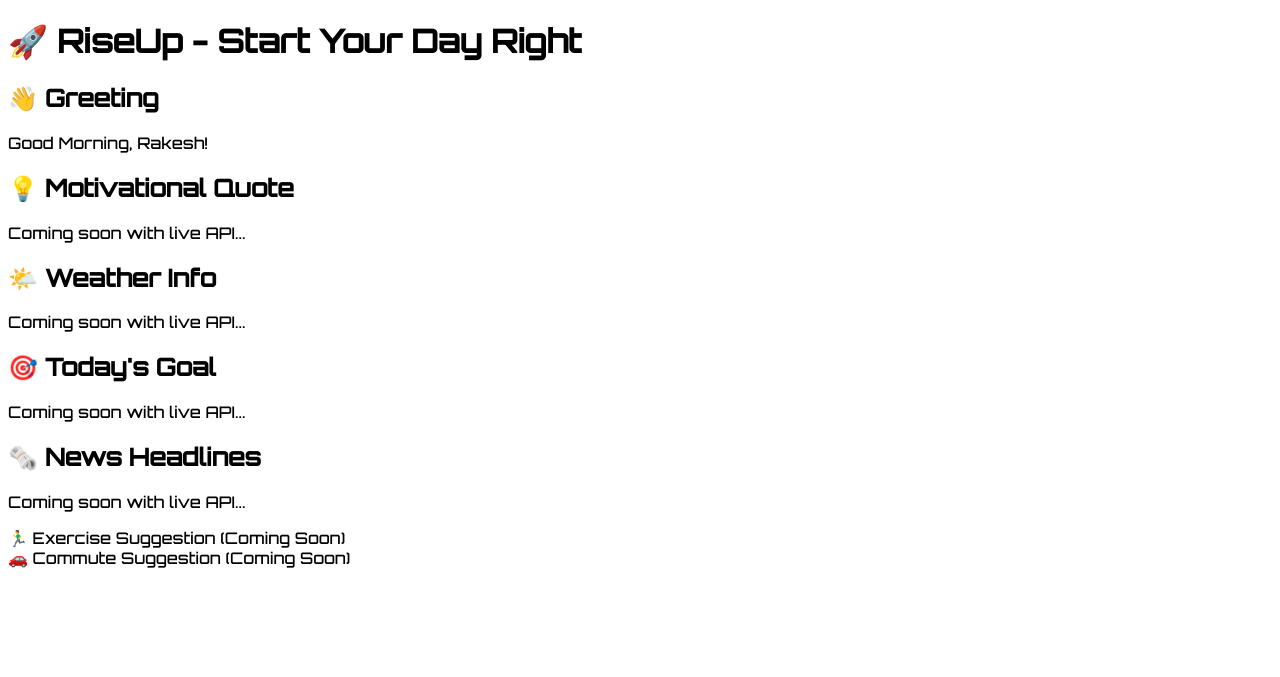
Repository: rakeshkumar1012/riseup
Page: /
An editor plug-in stored every save of this project. The page is shown before and after the next save, followed by the edit.
The browser window is 1280 px wide. The pictures show the whole page.
The project was rebuilt for these pictures with package versions that can differ from the ones it lists, and the page was loaded fresh each time.

Above is the page before, as saved 2025-07-05 03:02:13.

After the next save:
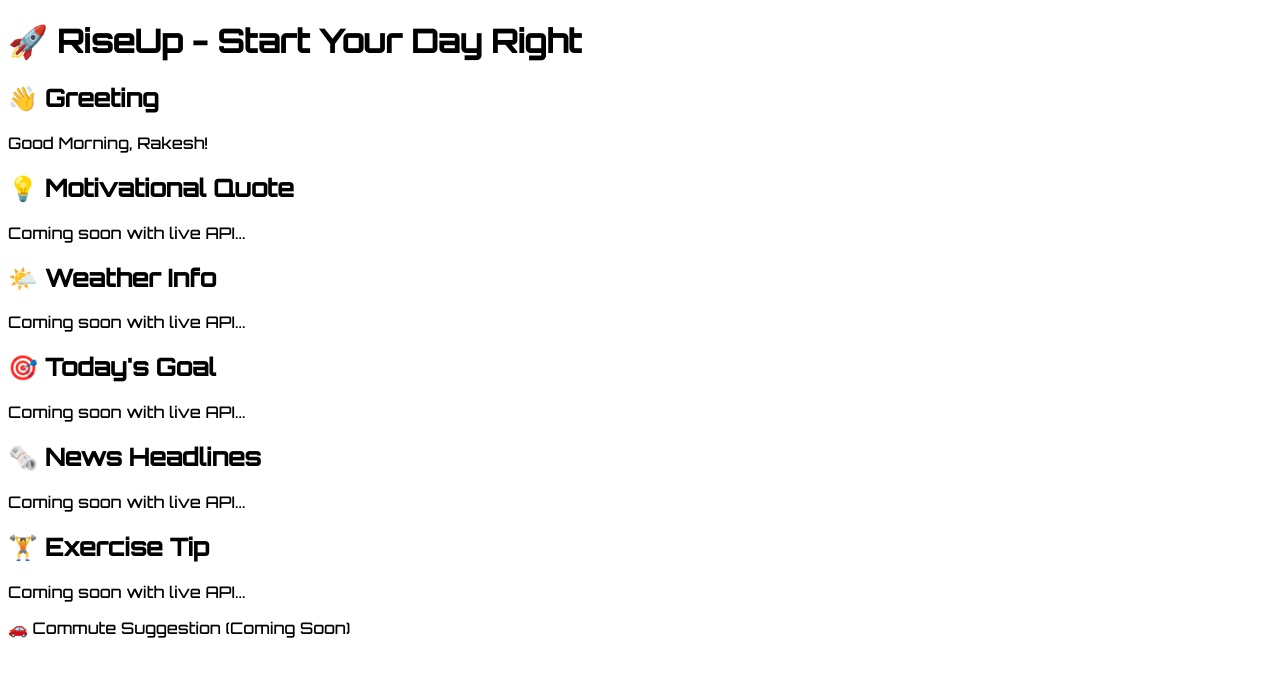
Saved 8 s later.
--- a/src/components/Exercise.js
+++ b/src/components/Exercise.js
@@ -1,8 +1,8 @@
-// src/components/Exercise.js
 function Exercise() {
   return (
-    <div className="p-4 bg-white/10 backdrop-blur-md rounded-xl text-white">
-      🏃‍♂️ Exercise Suggestion (Coming Soon)
+    <div className="bg-white/10 backdrop-blur-md rounded-xl p-6 border border-white/20 hover:shadow-lg transition-shadow duration-300 hover:border-indigo-400">
+      <h2 className="text-xl font-semibold mb-2 text-indigo-400">🏋️ Exercise Tip</h2>
+      <p className="text-white/80">Coming soon with live API...</p>
     </div>
   );
 }
